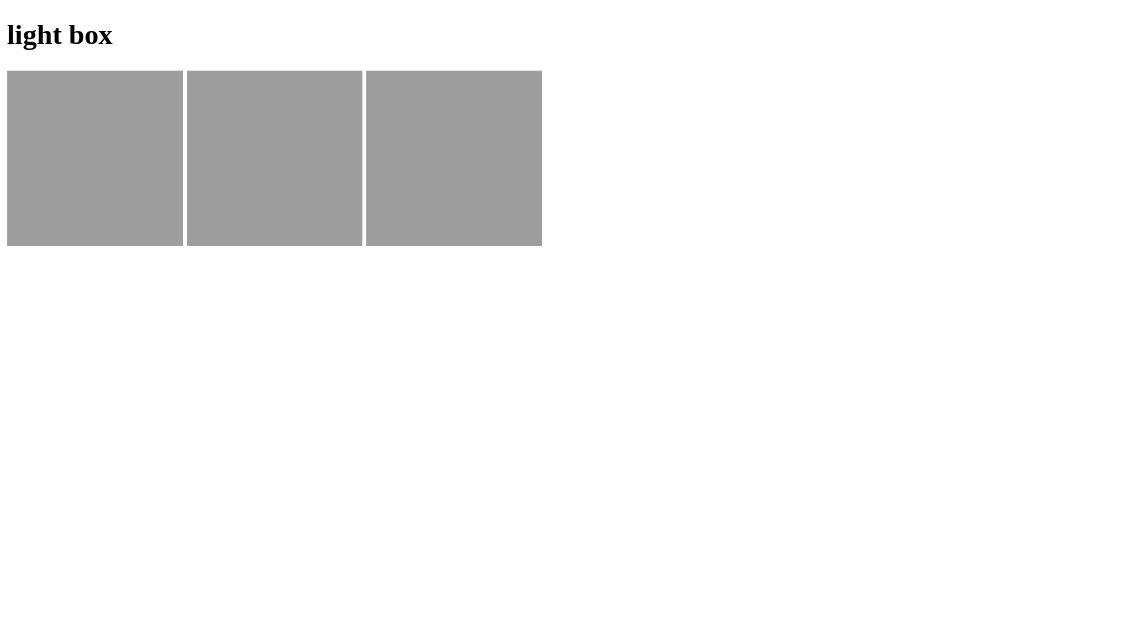
Repository: hangilyon/allJSPStudy
Page: javascript/quiz08_bigImg.html
The author's editor kept a copy of each file at every save. The page is drawn from the files as they stood at one save, then again after the next save.
The browser window is 1280 px wide. The pictures show the whole page, at 88% of full size.
Pictures or frames that could not be fetched are drawn as grey boxes.

Above is the page before, as saved 2021-10-16 05:50:58.

After the next save:
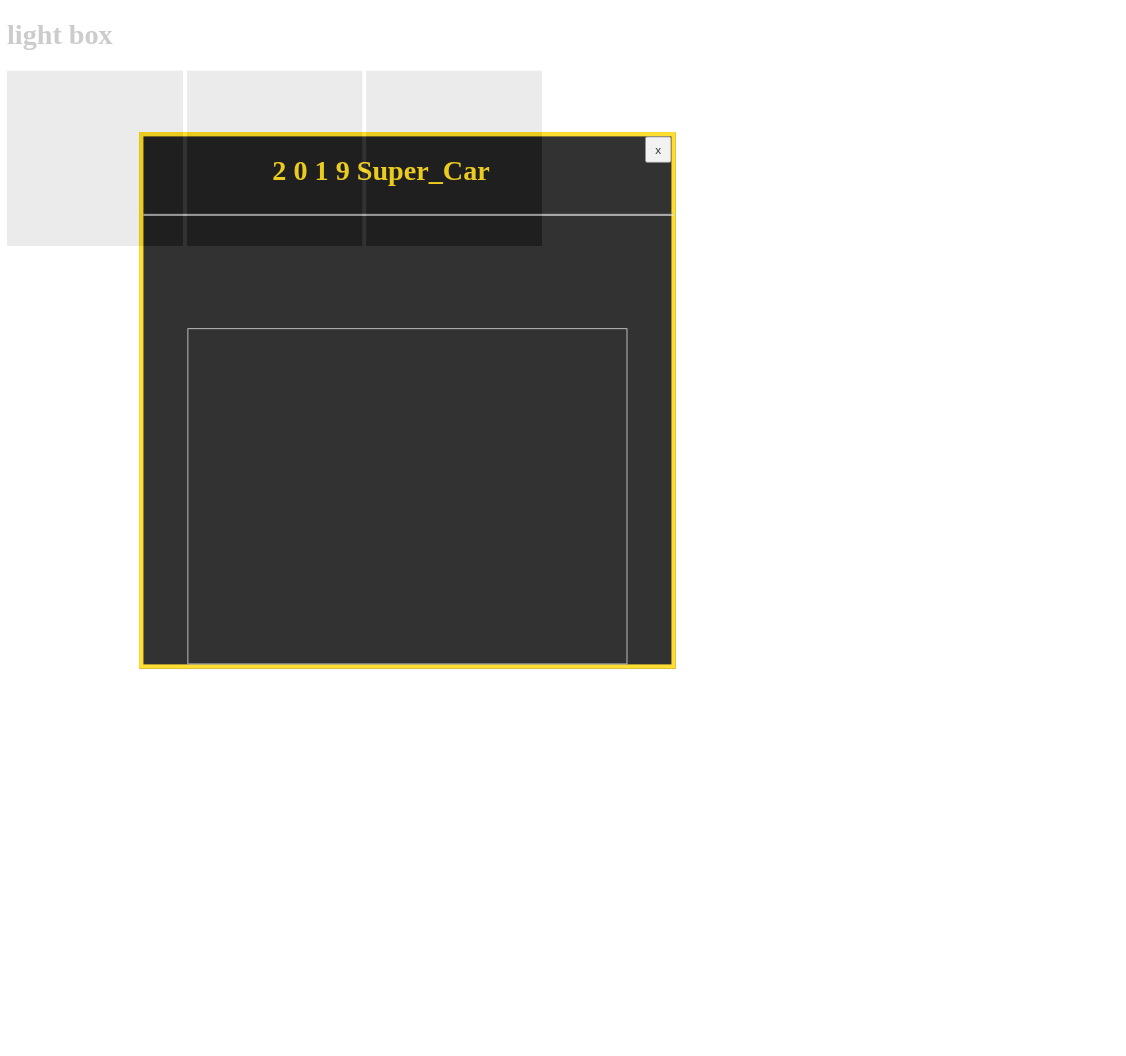
Saved 6 s later.
--- a/javascript/quiz08_bigImg.html
+++ b/javascript/quiz08_bigImg.html
@@ -21,7 +21,7 @@
 	position: absolute;
 	top: 0;
 	background-color: white;
-	display: none;
+	display: inline;
 }
 #bigImg #setbigImg {
 	width: 600px;
